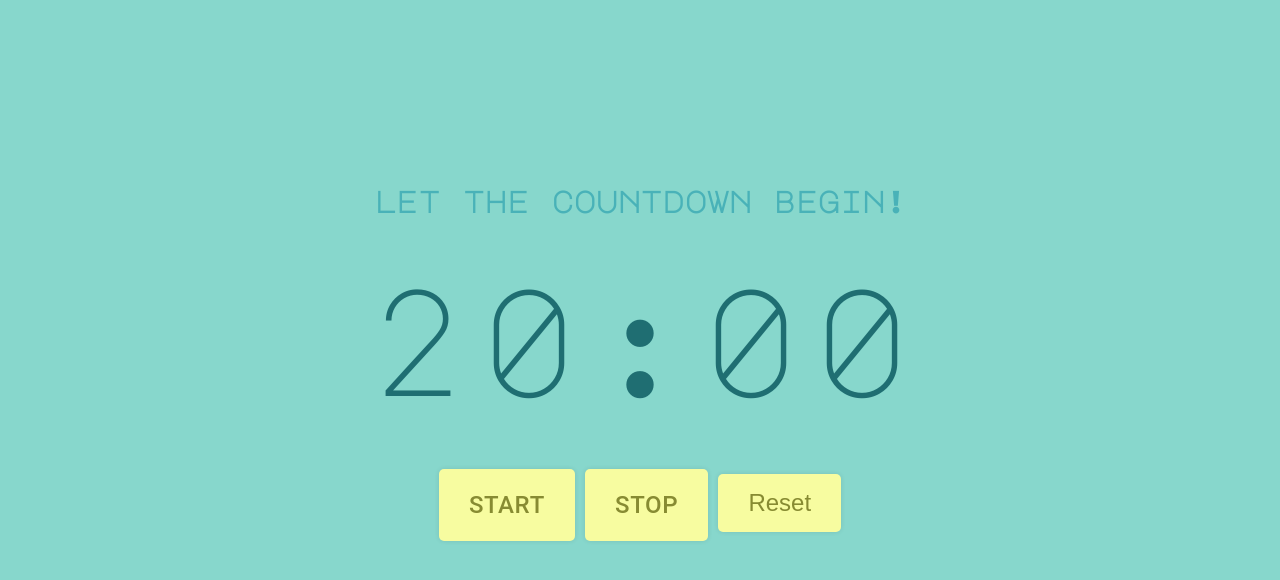
Repository: realistmccoy/pomodoro
Page: /
These files come from the project's save history. The page is drawn as it stood at one moment and after the next save; the edit follows.
The browser window is 1280 px wide. The pictures show the whole page.
The project was rebuilt for these pictures with package versions that can differ from the ones it lists, and the page was loaded fresh each time.

Above is the page before, as saved 2020-12-10 00:39:35.

After the next save:
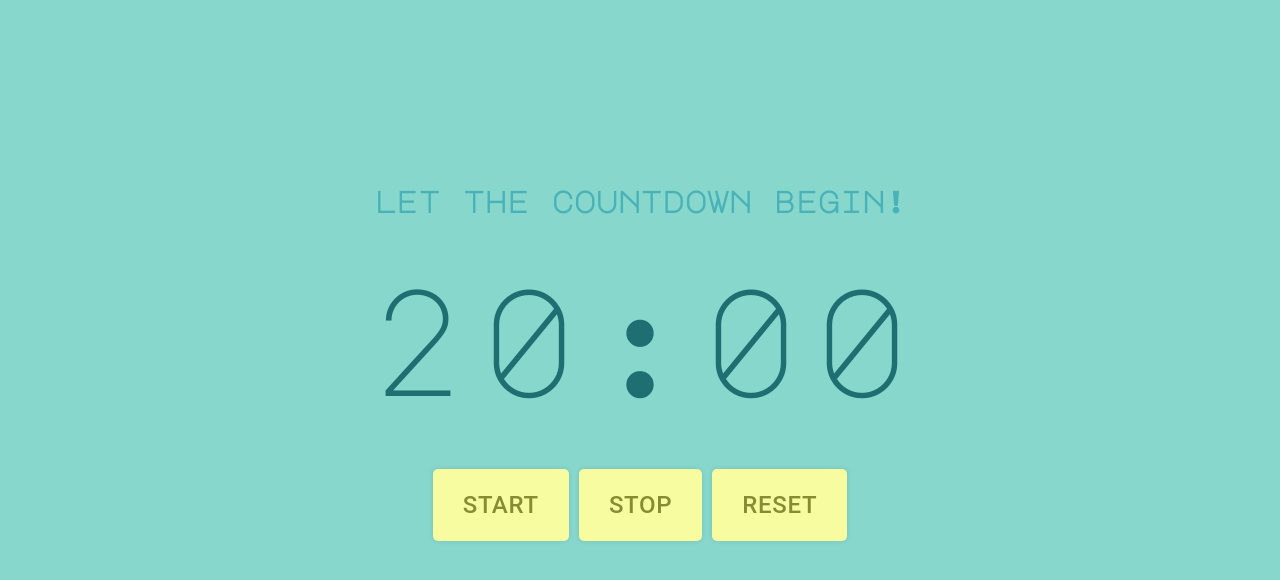
Saved 18 s later.
--- a/src/App.js
+++ b/src/App.js
@@ -40,9 +40,11 @@ export default function App() {
 			</div>
 
 			<div className='buttons'>
-				<Button color="primary" onClick={startTimer}>Start</Button>
+				<Button color='primary' onClick={startTimer}>
+					Start
+				</Button>
 				<Button onClick={stopTimer}>Stop</Button>
-				<button>Reset</button>
+				<Button>Reset</Button>
 			</div>
 		</div>
 	);
